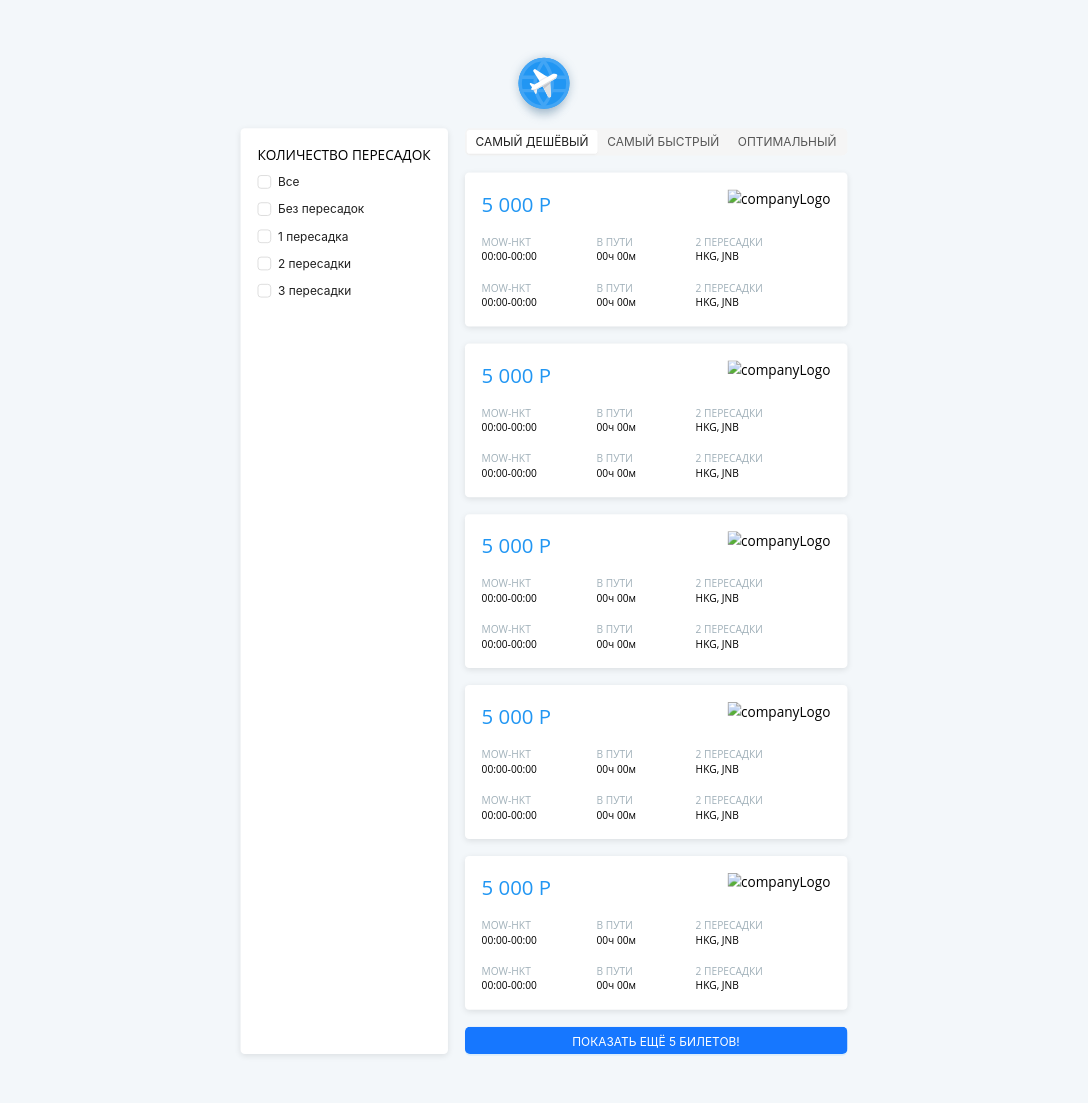
Repository: Dedoxa/aviasalesTickets
Page: /
These files come from the project's save history. The page is drawn as it stood at one moment and after the next save; the edit follows.
The browser window is 1280 px wide. The pictures show the whole page, at 85% of full size.
The project was rebuilt for these pictures with package versions that can differ from the ones it lists, and the page was loaded fresh each time. Also part of the build but not shown: vite.config.js.

Above is the page before, as saved 2024-10-29 15:48:48.

After the next save:
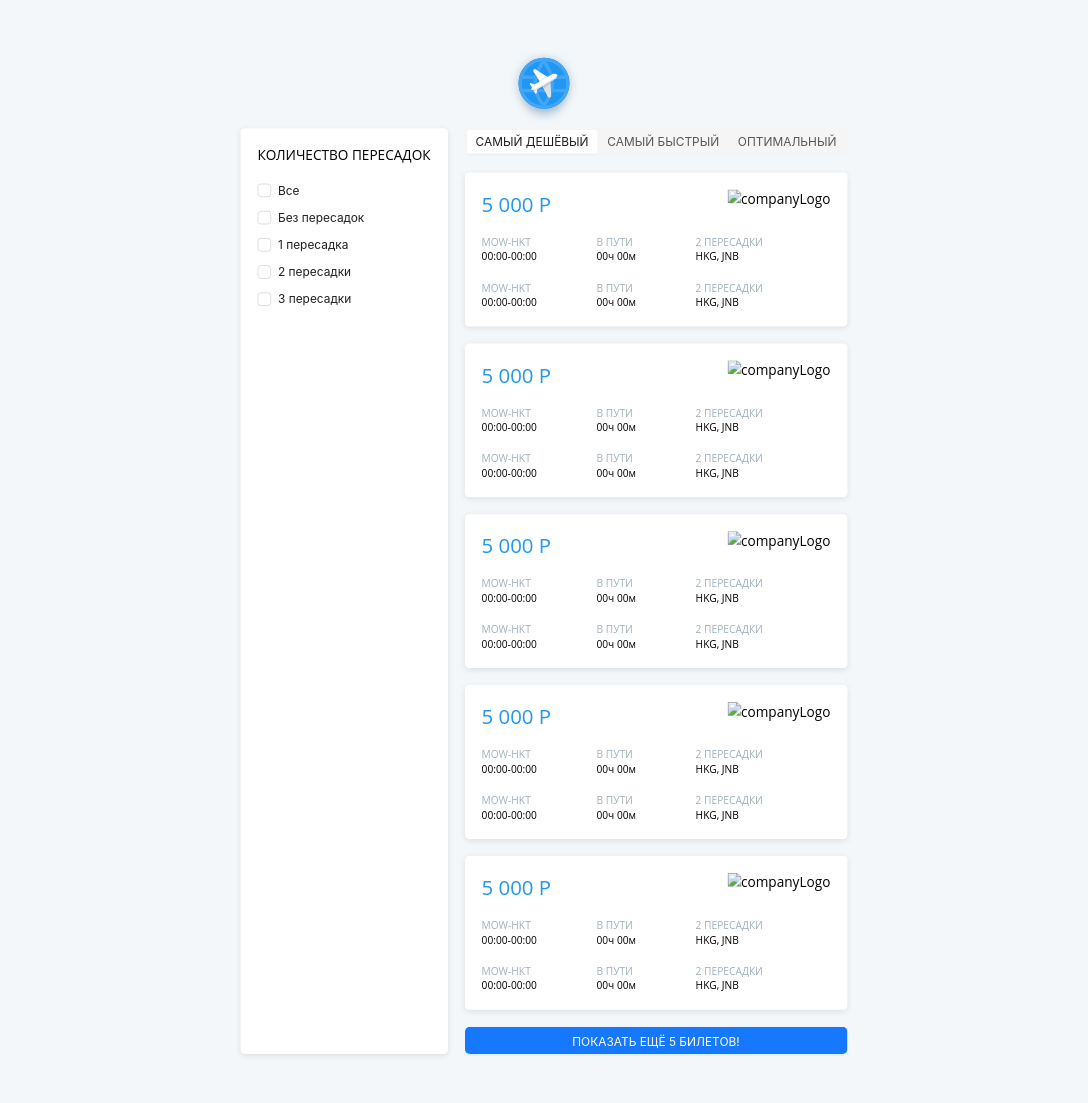
Saved 1 s later.
--- a/src/TransferFilters/TransferFilters.module.scss
+++ b/src/TransferFilters/TransferFilters.module.scss
@@ -3,7 +3,7 @@
 }
 
 .checkboxContainer {
-  margin-top: 10px;
+  margin-top: 20px;
   display: flex;
   flex-direction: column;
   gap: 10px;
